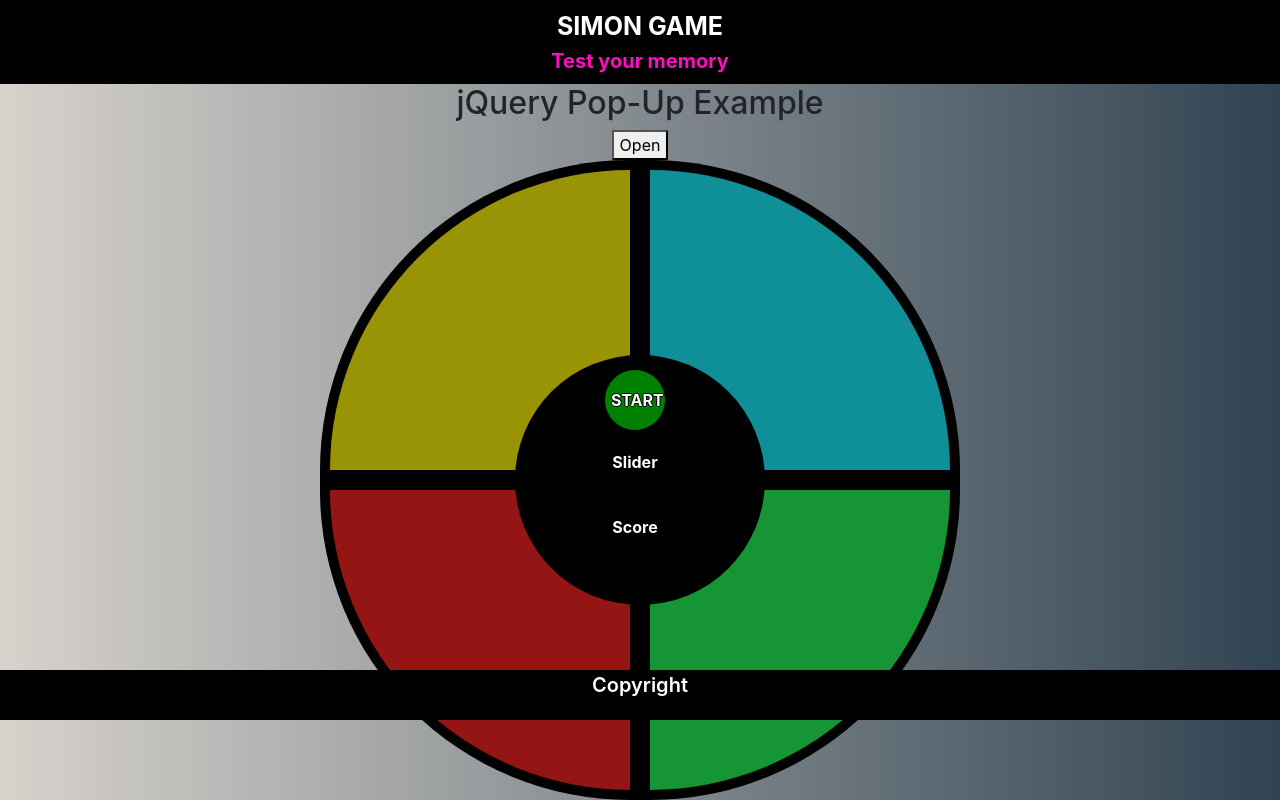
Repository: murphya14/Simon-game
Page: index.html
The author's editor kept a record of every edit. The page is drawn from the files as they stood at one moment, then again after the next edit.
The browser window is 1280 px wide. The pictures show the whole page.

Above is the page before.

After the next edit:
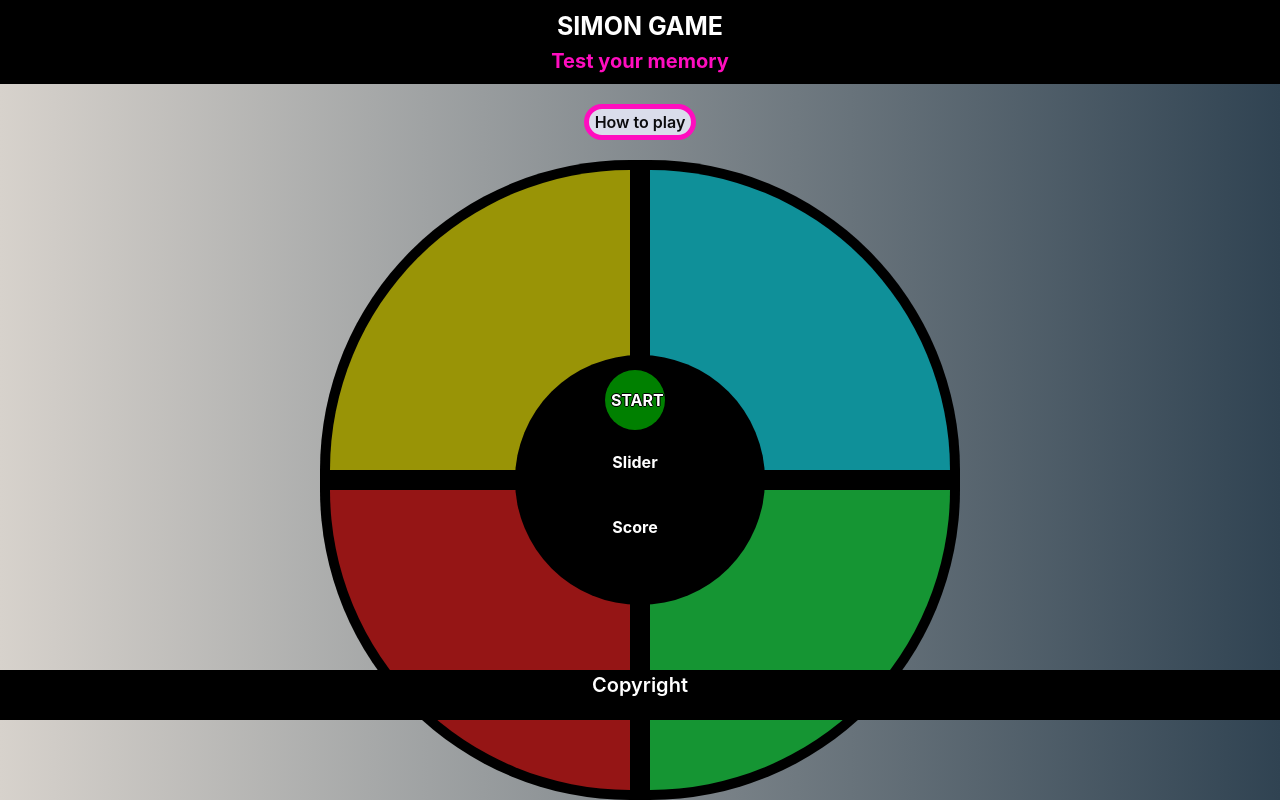
The edit:
--- a/index.html
+++ b/index.html
@@ -48,8 +48,8 @@
     <button class="close">Close</button> </div>
 </div>
 <!--Content shown when popup is not displayed-->
-<h2>jQuery Pop-Up Example</h2>
-<button class="open">Open</button>
+
+<button class="open how-to">How to play</button>
                 </div>
             </div>
         </div>
